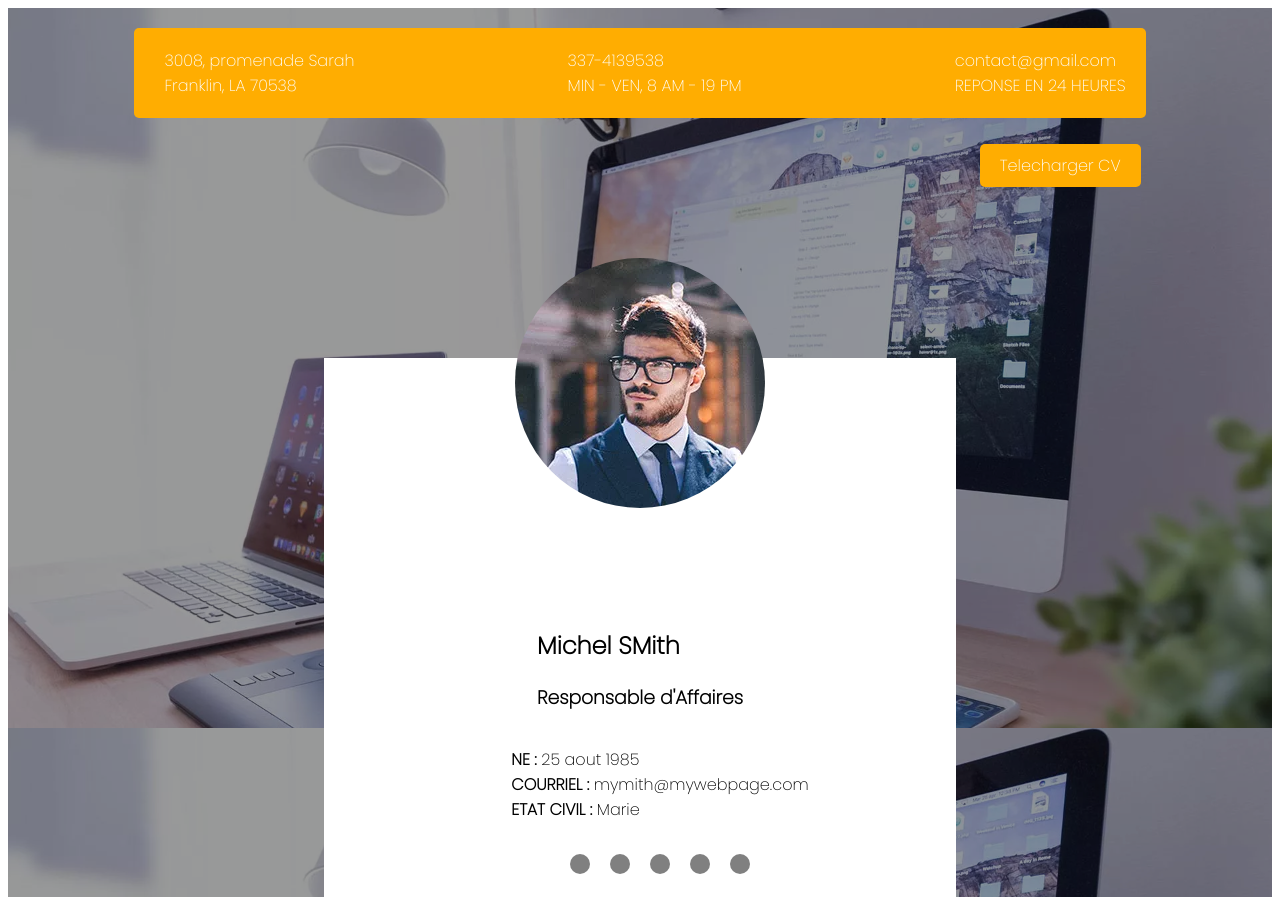
Repository: wadelfadill/CV_PORTFOLIO
Page: index.html
These files come from the project's save history. The page is drawn as it stood at one moment and after the next save; the edit follows.
The browser window is 1280 px wide. The pictures show the whole page.
The pointer rests on the first visible `.download`.
Some icons come from a web library that is not loaded, so they are not drawn. Backgrounds fixed to the window are drawn as part of the page.

Above is the page before, as saved 2023-03-14 09:32:44.

After the next save:
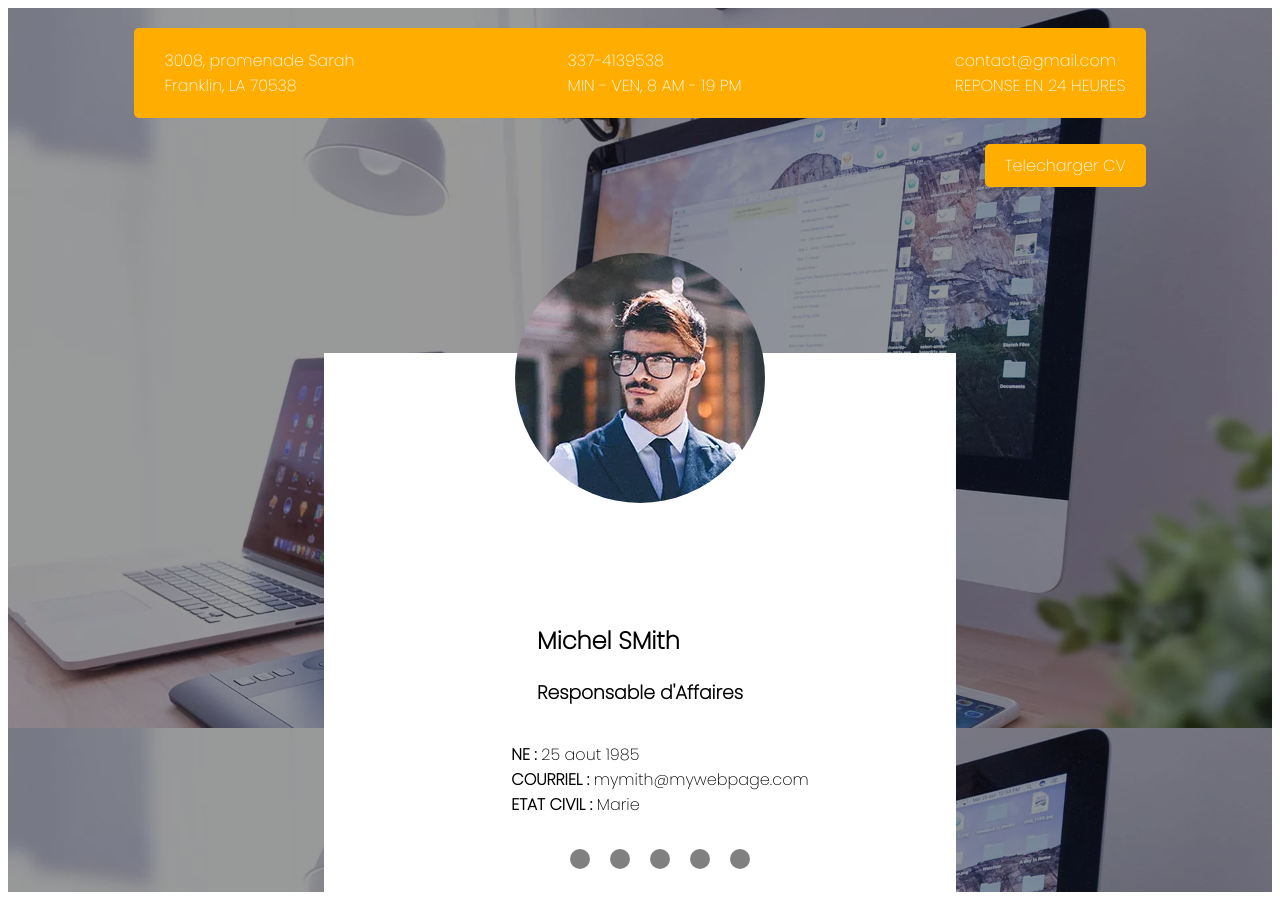
Saved 46 s later.
--- a/style.css
+++ b/style.css
@@ -63,7 +63,7 @@ header{
 
 }
 .download:hover {
-    padding: 5px;
+    padding-top: 5px;
 }
 
 .profil{
